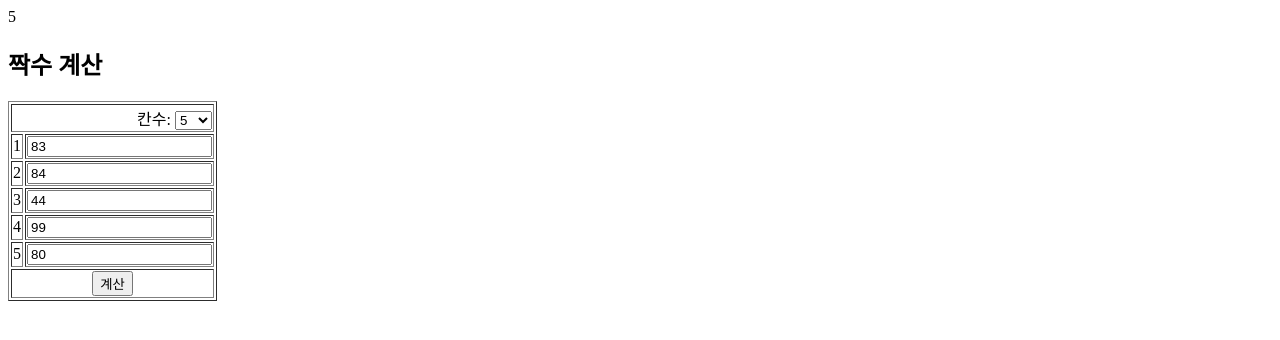
Repository: pshho/newJspProject
Page: http://localhost/JspProj/calc/calc.jsp
The author's editor kept a copy of each file at every save. The page is drawn from the files as they stood at one save, then again after the next save.
The browser window is 1280 px wide. The pictures show the whole page.
The page is served by Tomcat 9.

Above is the page before, as saved 2023-07-27 07:46:33.

After the next save:
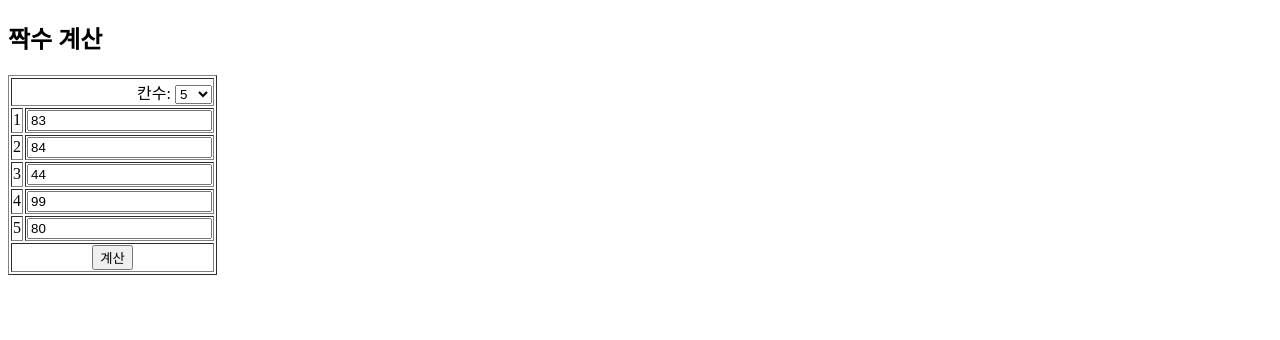
Saved 31 s later.
--- a/JspProj/src/main/webapp/calc/calc.jsp
+++ b/JspProj/src/main/webapp/calc/calc.jsp
@@ -23,7 +23,7 @@
 </script>
 </head>
 <body>
-	<%= cnt %>
+	<%-- <%= cnt %> --%>
 	<h2>짝수 계산</h2>
 	<%-- <form action="./calcProcess.jsp">
 		<c:forEach begin="1" end="20">	<!-- for문으로 입력받을 개수 지정 -->
